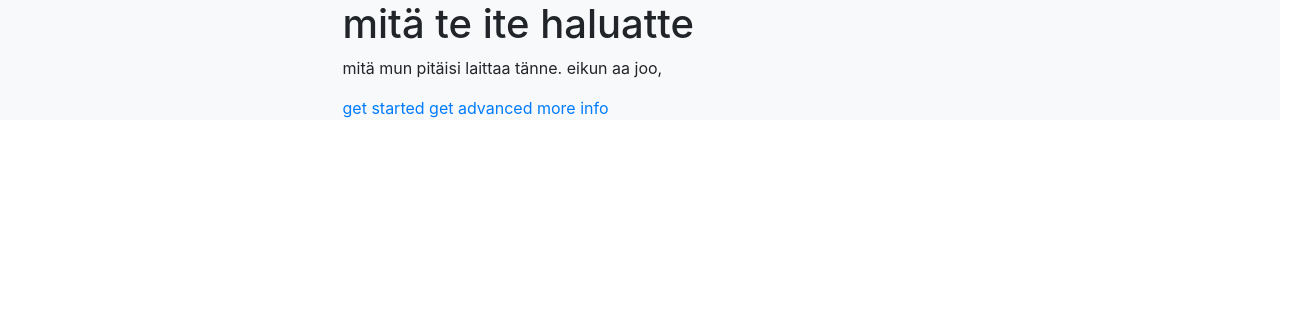
Repository: jessehapuli/jessehapuli.github.io
Page: Bootstrap/index.html
These files come from the project's save history. The page is drawn as it stood at one moment and after the next save; the edit follows.
The browser window is 1280 px wide. The page is 1280 px wide, then 1295 px, so the pictures cover 1295 px, including what lies to the right of the window. The pictures show the whole page.

Above is the page before, as saved 2024-04-24 10:09:13.

After the next save:
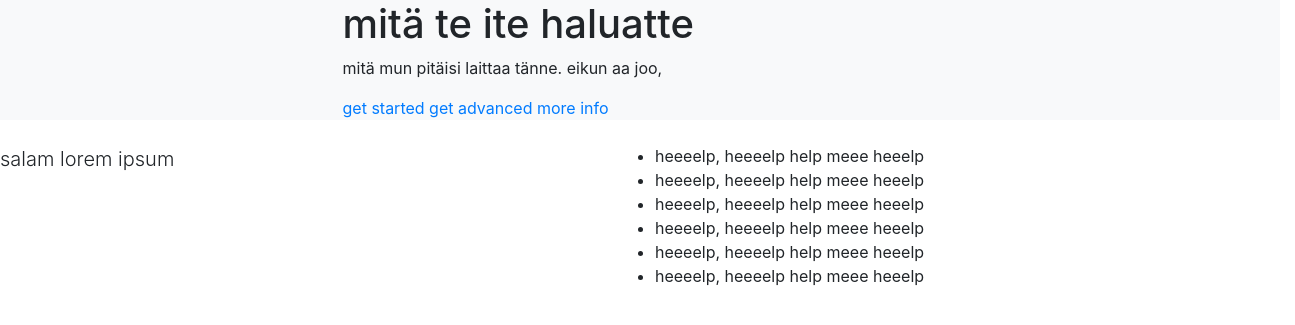
Saved 12 min 32 s later.
--- a/Bootstrap/index.html
+++ b/Bootstrap/index.html
@@ -24,6 +24,24 @@
       </div>
     </section>
 
+    <sectio class="container">
+      <div class="row">
+        <div class="col-md-6">
+          <p class="lead">salam lorem ipsum</p>
+        </div>
+        <div class="col-md-6">
+          <ul class="list-group">
+            <li class="list-group.item">heeeelp, heeeelp help meee heeelp</li>
+            <li class="list-group.item">heeeelp, heeeelp help meee heeelp</li>
+            <li class="list-group.item">heeeelp, heeeelp help meee heeelp</li>
+            <li class="list-group.item">heeeelp, heeeelp help meee heeelp</li>
+            <li class="list-group.item">heeeelp, heeeelp help meee heeelp</li>
+            <li class="list-group.item">heeeelp, heeeelp help meee heeelp</li>
+          </ul>
+        </div>
+      </div>
+    </section>
+
     <!-- Optional JavaScript; choose one of the two! -->
 
     <!-- Option 1: jQuery and Bootstrap Bundle (includes Popper) -->
